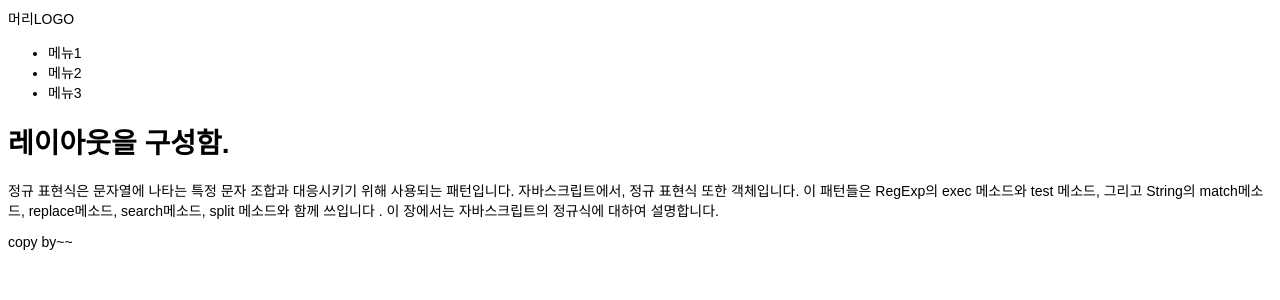
Repository: yoojisoo/YONSAI
Page: http://localhost/teatJava/
The author's editor kept a copy of each file at every save. The page is drawn from the files as they stood at one save, then again after the next save.
The browser window is 1280 px wide. The pictures show the whole page.
The page is served by Tomcat 9.

Above is the page before, as saved 2021-08-23 05:19:37.

After the next save:
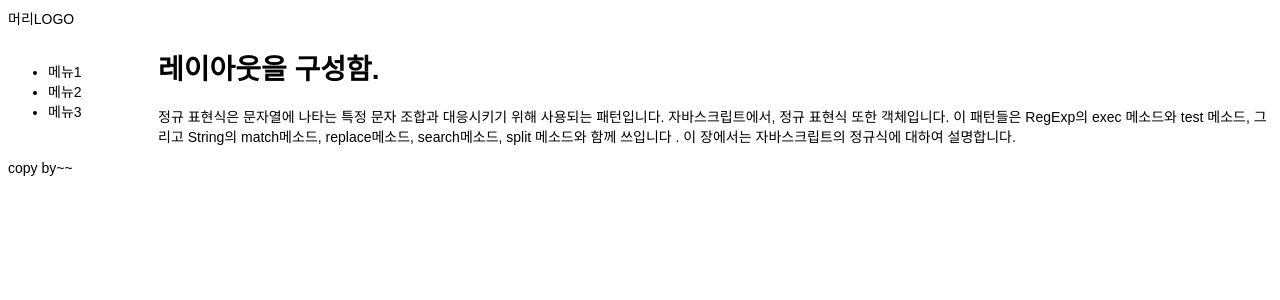
Saved 88 s later.
--- a/jsworkspace/teatJava/src/main/webapp/index.jsp
+++ b/jsworkspace/teatJava/src/main/webapp/index.jsp
@@ -15,7 +15,14 @@
 		margin : 0 auto;
 		border : 1px colid #aaa;
 	}
-	.contain
+	.container{
+		overflow : hiden;
+	}
+	.nav{
+		float : left;
+		width : 150px;
+
+	}
 
 
 </style>
